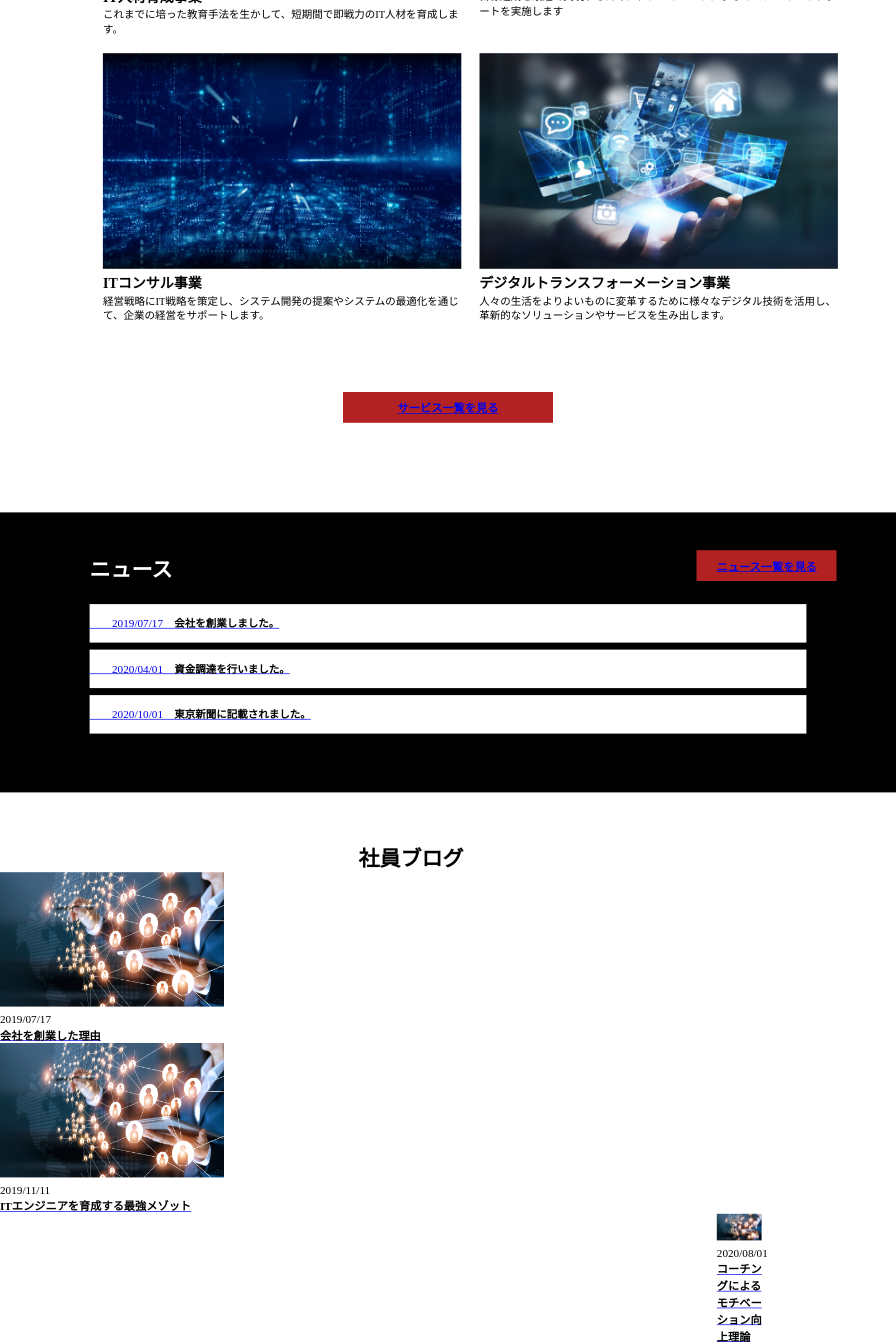
Repository: sigemasaasuka/20211012sigemasa
Page: index.html
The author's editor kept a copy of each file at every save. The page is drawn from the files as they stood at one save, then again after a run of saves.
The browser window is 1280 px wide. The pictures show the part of the page from y = 1280 to 3200 px (the page is 3200 px tall before and 3133 px after), at 70% of full size.

Above is the page before, as saved 2021-10-19 18:00:39.

### index.html
<!DOCTYPE html>
<html lang="ja">

<head>
  <meta charset="UTF-8">
  <meta name="viewport" content="width=device-width, initial-scale=1.0">
  <title>Document</title>

    <link rel="stylesheet" href="css/reset.css">
    <link rel="stylesheet" href="css/index.css">
</head>
<body>
  <header class="header">
    <div class="header-logo">
      <img class="logo" src="img/logo.png" alt="logo">
    </div>
    <nav class="header-nav">
      <ul class="header-nav-list">
        <li class="header-nav-item"><a href="index.html">ホーム</a></li>
        <li class="header-nav-item"><a href="service.html">事業内容</a></li>
        <li class="header-nav-item"><a href="news.html">ニュース</a></li>
        <li class="header-nav-item"><a href="blog.html">社員ブログ</a></li>
        <li class="header-nav-item"><a href="company.html">会社概要</a></li>
        <li class="header-nav-item"><a href="recruit.html">採用情報</a></li>
        <li class="header-nav-item"><a href="contact.html">お問い合わせ</a></li>
      </ul>
    </nav>
  </header>
  <div class="home">
  <div class="home-photo">
    <div class="home-title">
    <p>最新のテクノロジーで社会課題を解決</p>
      <div class="home-title2">
      <p>Solving　issues　with　the　latest　technology</p>
     </div>
    </div>
    </div>
    </div>
    <div class="home-color">
      <div class="hope">
        <p><br><br>株式会社TECHの想い</p>
        <div class="hope2">
          <p>あらゆる産業において、新たなデジタル技術を使ってこれまでにないビジネスモデルを展開する新規参加者が登場し、ゲームチェンジが起ころうとしています。こうした<br>中で、各企業は、競争力維持・強化のために、DXを迅速に進めていくことが求められています。しかし、DXにおいて投資コストは非常にかかります。株式会社TECHでは<br>独自のオペレーションと人材教育により、他社よりも価格を抑えた開発を行います。</p>
        </div>
      </div>
    </div>
    <div class="service">
      <p>サービス</p>
      </div>
      <div class="png1">
      <div class="service1">
        <img  src="img/service1.png"  alt="service1">
        <div class="it">
        <p>IT人材育成事業</p>
        <div class="it2">
        <p>これまでに培った教育手法を生かして、短期間で即戦力のIT人材を育成します。</p>
        </div>
      </div>
      </div>
      <div class="service2">
      <img  src="img/service2.png" alt="service2">
      <div class="coach">
        <p>コーチング事業</p>
        <div class="coach2">
          <p>目標達成を最短で実現するために、プロのコーチによるマンツーマンのサポートを実施します</p>
        </div>
      </div>
      </div>
      </div>
      <div class="png2">
      <div class="service3">
        <img src="img/service3.png" alt="service3">
        <div class="Consultant">
          <p>ITコンサル事業</p>
          <div class="Consultant2">
            <p>経営戦略にIT戦略を策定し、システム開発の提案やシステムの最適化を通じて、企業の経営をサポートします。</p>
          </div>
        </div>
      </div>
      <div class="service4">
        <img src="img/service4.png" alt="service4">
        <div class="formation">
          <p>デジタルトランスフォーメーション事業</p>
          <div class="formation2">
            <p>人々の生活をよりよいものに変革するために様々なデジタル技術を活用し、革新的なソリューションやサービスを生み出します。</p>
          </div>
        </div>
      </div>
      </div>
      <div class="list">
        <a href="service.html">サービス一覧を見る</a>
      </div>
      <div class="news">
        <div class="nesw-list">
          <div class="news-font">
          <p>ニュース</p></div>
          <div class="news-button">
            <a href="news.html">ニュース一覧を見る</a>
          </div>
        </div>
        <div class="news-info1">
          <a href="index.html">　　2019/07/17　<span class="co">会社を創業しました。</span></a></div>
          <div class="news-info2">
          <a href="index.html">　　2020/04/01　<span class="fund">資金調達を行いました。</span></a></div>
          <div class="news-info3">
          <a href="index.html">　　2020/10/01　<span class="newspaper">東京新聞に記載されました。</span></a></div>
      </div>
      <div class="blog">
        <p>社員ブログ</p>
        </div>
        <div class="reason">
        <div class="reason-png">
          <a href="index.html">
            <img src="img/blog.png" alt="blog">
          </a>
          <p class="reason1">2019/07/17</p>
          <a href="index.html"><p class="reason2">会社を創業した理由</p></a>
        </div>
        </div>
        <div class="nurturing">
        <div class="nurturing-png">
          <a href="index.html">
            <img src="img/blog.png" alt="blog">
          </a>
          <p class="nurturing1">2019/11/11</p>
          <a href="index.html">
            <p class="nurturing2">ITエンジニアを育成する最強メゾット</p>
          </a>
        </div>
      </div>
      <div class="coaching">
        <div class="coaching-png">
        <a href="index.html">
          <img src="img/blog.png" alt="blog">
        </a>
        <p class="coaching1">2020/08/01</p>
        <a href="index.html">
          <p class="coaching2">コーチングによるモチベーション向上理論</p>
        </a>
        </div>
        </div>


<script src="js/main.js"></script>
</body>
</html>

### css/reset.css
@charset "UTF-8";
html, body, div, span, applet, object, iframe,
h1, h2, h3, h4, h5, h6, p, blockquote, pre,
a, abbr, acronym, address, big, cite, code,
del, dfn, em, img, ins, kbd, q, s, samp,
small, strike, strong, sub, sup, tt, var,
b, u, i, center,
dl, dt, dd, ol, ul, li,
fieldset, form, label, legend,
table, caption, tbody, tfoot, thead, tr, th, td,
article, aside, canvas, details, embed,
figure, figcaption, footer, header, hgroup,
menu, nav, output, ruby, section, summary,
time, mark, audio, video {
margin: 0;
padding: 0;
border: none;
font-style: normal;
text-align: left;
zoom: 1;
}
article, aside, details, figcaption, figure,
footer, header, hgroup, menu, nav, section {
display: block;
}
table {
border-collapse: collapse;
font-family: inherit;
}
h1,h2,h3,h4,h5 {
font-size: 100%;
font-weight: normal;
line-height: 1;
}
input,textarea,select {
font-family: inherit;
font-size: 16px;
}
input[type="button"],input[type="text"],input[type="submit"] {
 -webkit-appearance: none;
 border-radius: 0;
}
textarea {
resize: none;
-webkit-appearance: none;
border-radius: 0;
}
th,td {
border-collapse: collapse;
}
table th,table td {
white-space: nowrap;
}
ul,ol {
list-style-type: none;
}
img {
vertical-align: text-bottom;
vertical-align: -webkit-baseline-middle;
max-width: 100%;
height: auto;
width /***/:auto;
}

### css/index.css
.logo {
  text-decoration: none;
  color: inherit;
  width: 50%;
}
.header {
  width: 100%;
  display: flex;
  justify-content: space-between;
  align-items: center;
  height: 70px;
  padding: 0 30px;
  position: fixed;
  box-sizing: border-box;
  background-color: #fff;
  color: #000;
}

.a {
  text-decoration: none;
}

.header-ttl {
  font-size: 24px;
  width: 80px;
}

.header-nav-list {
  display: flex;
  font-weight: bold;
}

.header-nav-item:not(:last-child) {
  margin-right: 30px;
}

.home-photo {
  position: relative;
  padding-top: calc(250 / 683 * 100%); /* calc(画像高さ ÷ 画像横幅 × 100%) */
  background: url(../img/mv.png) center center / cover no-repeat;
}

.home-title {
  display: flex;
  flex-direction: column;
  position: absolute;
  font-size: 50px;
  margin-left: 20%;
  top: 40%;
  font-weight: bolder;
  color: #fff;
}

.home-title2 {
  display: flex;
  position: absolute;
  font-size: 20px;
  margin-top: 45px;
  margin-left: 23%;
  top: 40%;
  font-weight: bold;
  color: #fff;
}

.home-color {
  background-color: #000;
  height: 300px;
}

.hope {
  top: 30%;
  display: flex;
  flex-direction: column;
  font-weight: bolder;
  font-size: 30px;
  margin-left: 10%;
  color: #fff;
}

.hope2 {
  display: flex;
  font-size: 15px;
  margin-top: 20px;
  font-weight: normal;
  color: #fff;
}

.service {
  margin-top: 5%;
  margin-left: 45%;
  font-size: 35px;
  font-weight: bolder;
}

.png1 {
  display: flex;
  justify-content: center;
}

.service1 {
  margin-top: 5%;
  margin-left: 5%;
  width: 40%;
}

.it {
  margin-top: 1%;
  font-size: 20px;
  font-weight: bolder;
}

.it2 {
  font-size: 15px;
  font-weight: normal;
}

.service2 {
  margin-top: 3%;
  margin-left: 2%;
  width: 40%;
}

.coach {
  margin-top: 1%;
  font-size: 20px;
  font-weight: bolder;
}

.coach2 {
  font-size: 15px;
  font-weight: normal;
}

.png2 {
  display: flex;
  justify-content: center;
}

.service3 {
  margin-top: 2%;
  margin-left: 5%;
  width: 40%;
}

.Consultant {
  margin-top: 1%;
  font-size: 20px;
  font-weight: bolder;
}

.Consultant2 {
  font-size: 15px;
  font-weight: normal;
}

.service4 {
  margin-top: 2%;
  margin-left: 2%;
  width: 40%;
}

.formation {
  margin-top: 1%;
  font-size: 20px;
  font-weight: bolder;
}

.formation2 {
  font-size: 15px;
  font-weight: normal;
}

.list {
  width: 300px;
  padding: 10px 0;
  color: #fff;
  font-weight: bold;
  background: #b22222;
  text-align: center;
  margin: 100px auto 0;
  display: block;
}

.news {
  margin-top: 10%;
  background-color: #000;
  height: 400px;
}

.nesw-list {
  margin-left: 10%;
  display: flex;
  justify-content: flex-start;
  align-items: center;
}

.news-font {
  font-weight: bold;
  font-size: 30px;
  color: #fff;
  margin-top: 5%;
}

.news-button {
  color: #fff;
  margin-top: 50px;
  margin-left: 65%;
  width: 200px;
  padding: 10px 0;
  font-weight: bold;
  background: #b22222;
  text-align: center;
  display: block;
}

.news-info1 {
  margin-top: 30px;
  margin-left: 10%;
  width: 80%;
  height: 35px;
  padding: 10px 0;
  background: #fff;
  line-height: 35px;
  display: block;
  color: #000;
}
.co {
  font-size: 15px;
  font-weight: bold;
  color: #000;
}

.news-info2 {
  margin-top: 10px;
  margin-left: 10%;
  width: 80%;
  height: 35px;
  padding: 10px 0;
  background: #fff;
  line-height: 35px;
  display: block;
  color: #000;
}
.fund {
  font-size: 15px;
  font-weight: bold;
  color: #000;
}

.news-info3 {
  margin-top: 10px;
  margin-left: 10%;
  width: 80%;
  height: 35px;
  padding: 10px 0;
  background: #fff;
  line-height: 35px;
  display: block;
  color: #000;
}
.newspaper {
  font-size: 15px;
  font-weight: bold;
  color: #000;
}

.blog {
  margin-top: 70px;
  margin-left: 40%;
  font-size: 30px;
  font-weight: bolder;
}

.reason {
  display: flex;
  justify-content: flex-start;
  flex-direction: row;
}
.reason-png {
  width: 25%;
}

.reason1 {
  margin-top: 10px;
  color: #000;
}

.reason2 {
  font-weight: bolder;
  color: #000;
}

.nurturing {
  display: flex;
  justify-content: flex-start;
  flex-direction: row;
}
.nurturing-png {
  width: 25%;
}

.nurturing1 {
  margin-top: 10px;
  color: #000;
}

.nurturing2 {
  font-weight: bolder;
  color: #000;
}

.coaching {
  display: flex;
  justify-content: flex-start;
  flex-direction: row;
  margin-left: 80%;
}

.coaching-png {
  width: 25%;
}

.coaching1 {
  margin-top: 10px;
  color: #000;
}

.coaching2 {
  font-weight: bolder;
  color: #000;
}

Loaded but not shown: js/main.js (no stored copy; drawn as an empty file)

After the next 5 saves:
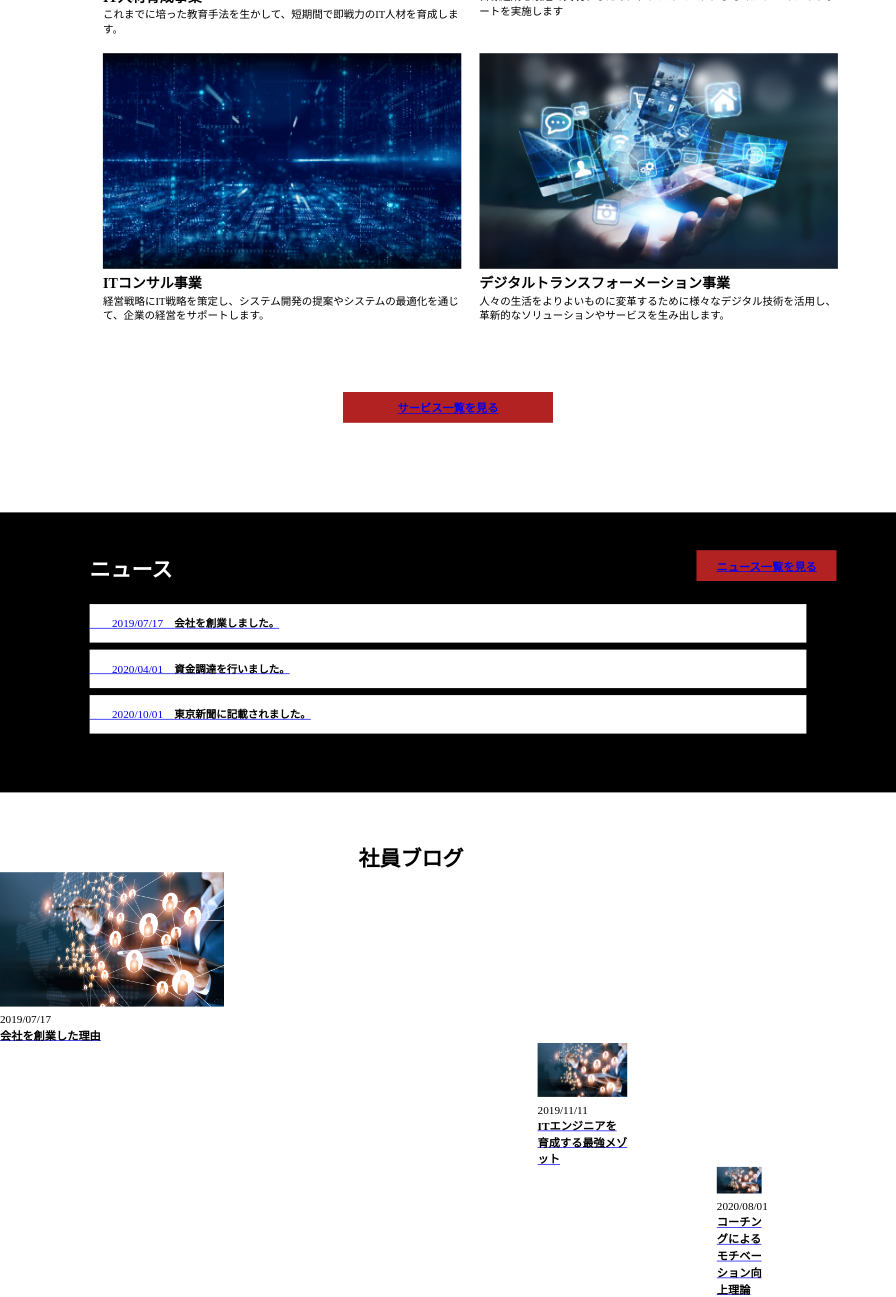
The 5 saves are shown as one change because they came seconds apart.
The last was saved 12 s later.
--- a/css/index.css
+++ b/css/index.css
@@ -294,6 +294,7 @@
   display: flex;
   justify-content: flex-start;
   flex-direction: row;
+  margin-left: 60%;
 }
 .nurturing-png {
   width: 25%;

After the save that followed:
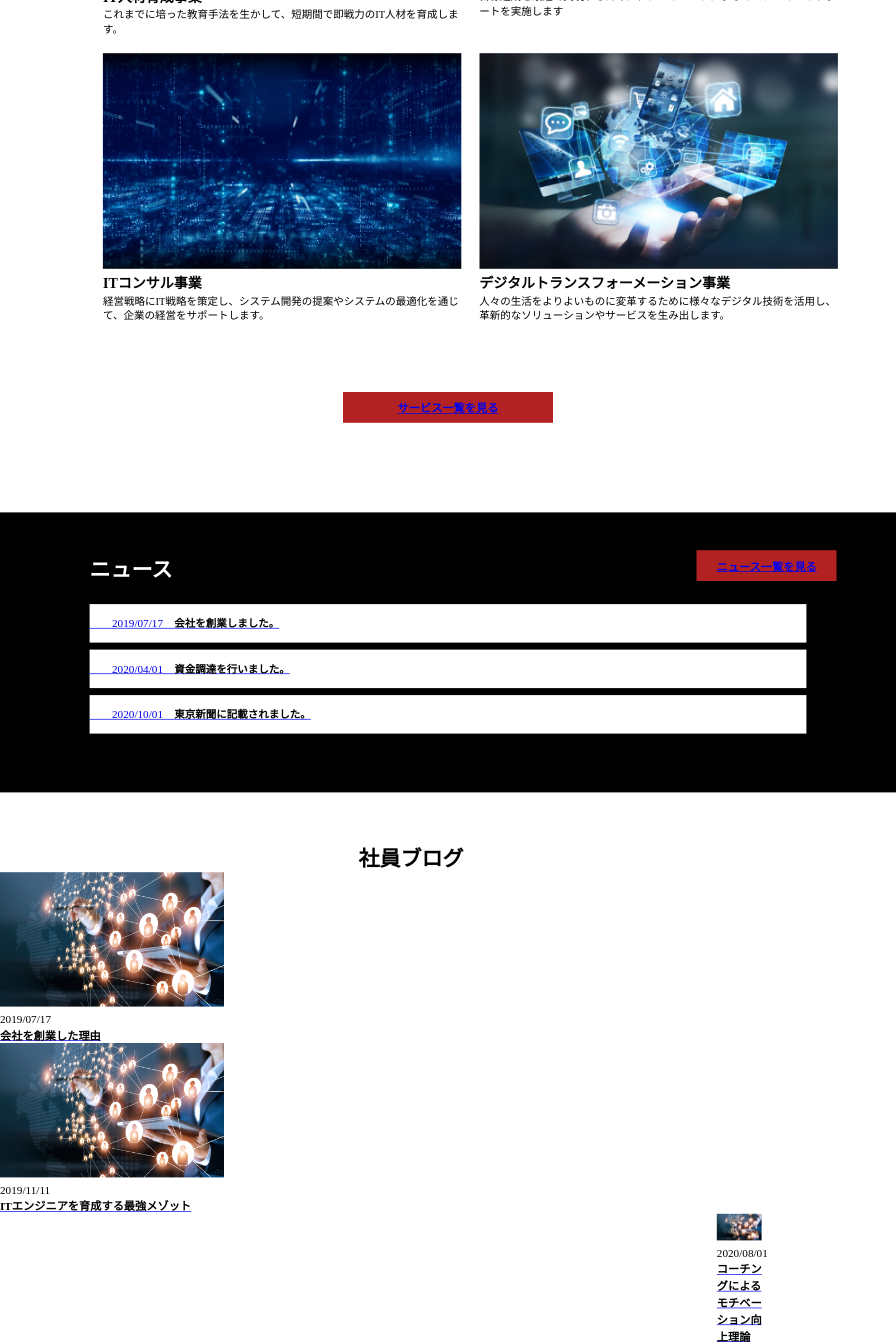
Saved 14 s later.
--- a/css/index.css
+++ b/css/index.css
@@ -294,7 +294,6 @@
   display: flex;
   justify-content: flex-start;
   flex-direction: row;
-  margin-left: 60%;
 }
 .nurturing-png {
   width: 25%;
